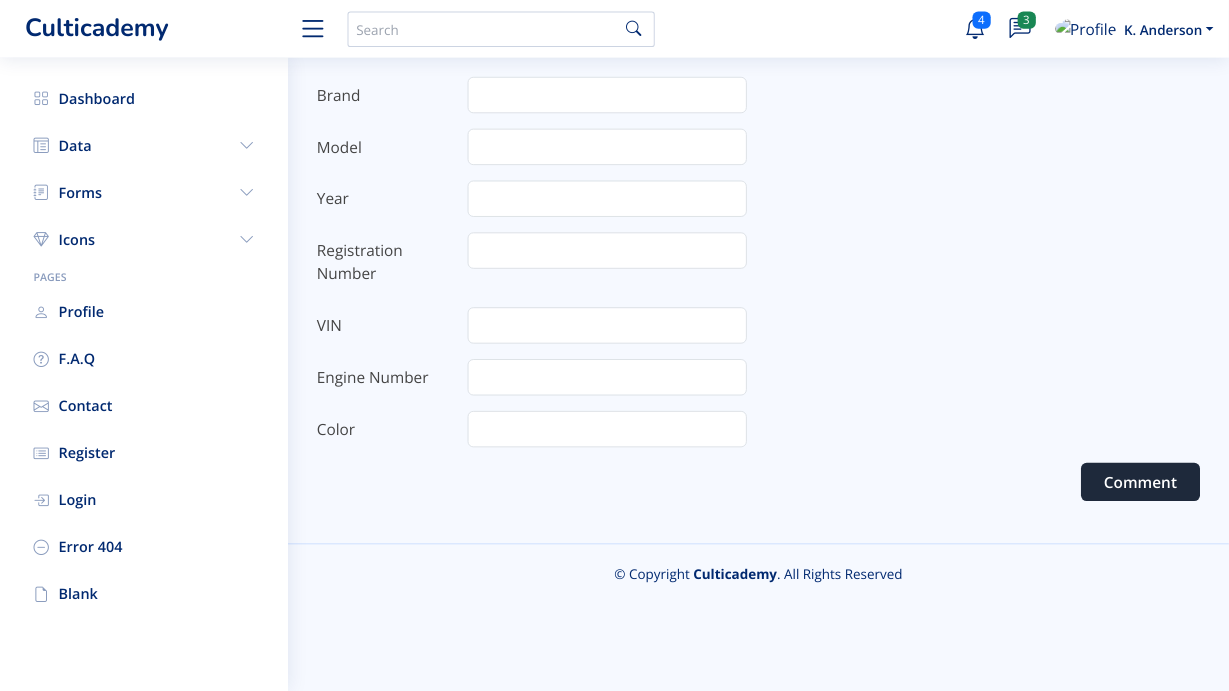
Repository: Jistoper/car_rental
Page: http://localhost/create
An editor plug-in stored every save of this project. The page is shown before and after the next save, followed by the edit.
The browser window is 1280 px wide. The pictures show the whole page, at 96% of full size.
The page is served by the project's Laravel application, run on PHP 8.4 with Laravel 9. Style sheets and scripts are compiled from the project's sources, by tool versions that may differ from the author's.

Above is the page before, as saved 2023-06-22 14:24:26.

After the next save:
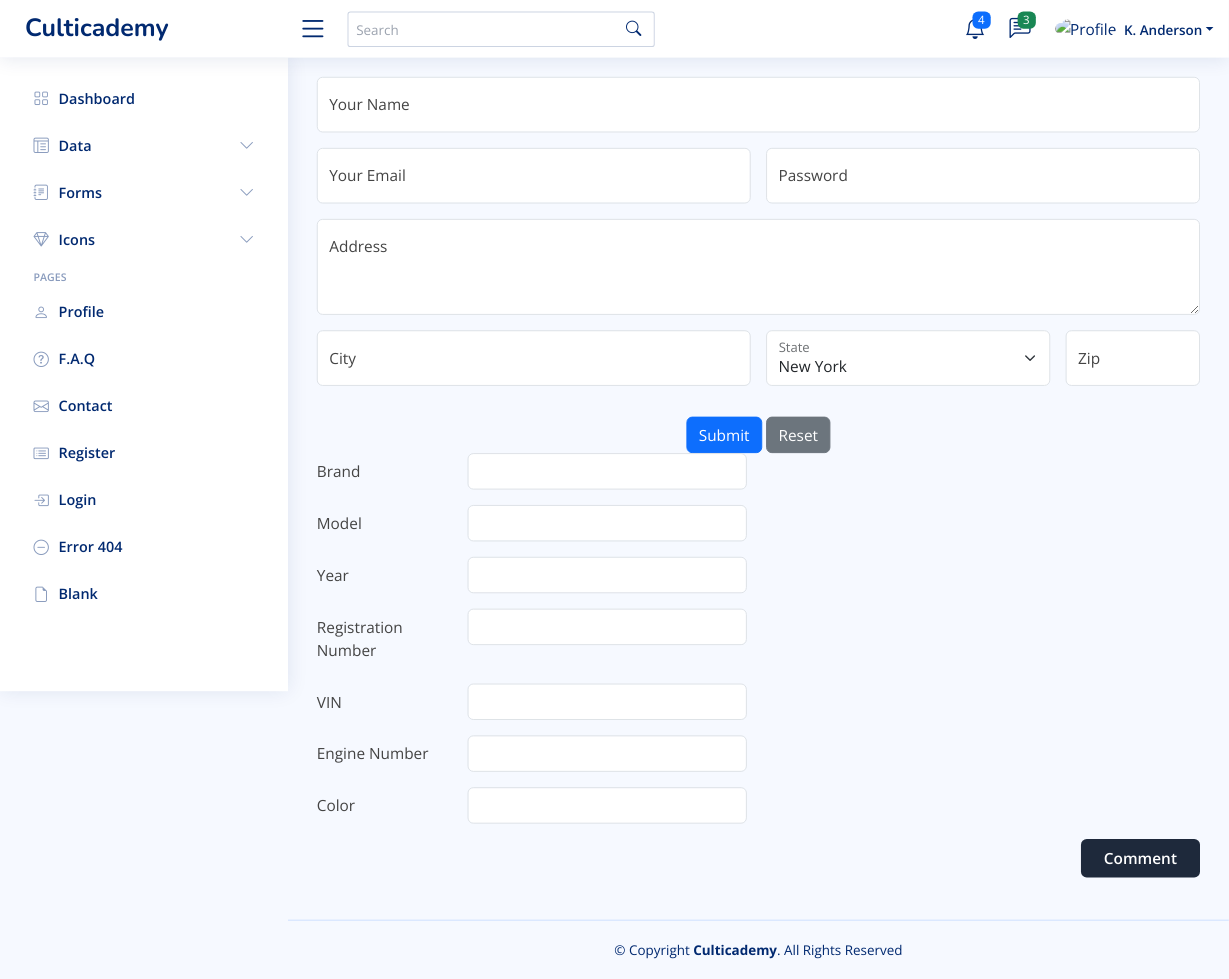
Saved 2 min 28 s later.
--- a/resources/views/backsite/content/car/createcar.blade.php
+++ b/resources/views/backsite/content/car/createcar.blade.php
@@ -3,6 +3,60 @@
 @section('content')
 
 <div>
+    <form class="row g-3">
+        <div class="col-md-12">
+          <div class="form-floating">
+            <input type="text" class="form-control" id="floatingName" placeholder="Your Name">
+            <label for="floatingName">Your Name</label>
+          </div>
+        </div>
+        <div class="col-md-6">
+          <div class="form-floating">
+            <input type="email" class="form-control" id="floatingEmail" placeholder="Your Email">
+            <label for="floatingEmail">Your Email</label>
+          </div>
+        </div>
+        <div class="col-md-6">
+          <div class="form-floating">
+            <input type="password" class="form-control" id="floatingPassword" placeholder="Password">
+            <label for="floatingPassword">Password</label>
+          </div>
+        </div>
+        <div class="col-12">
+          <div class="form-floating">
+            <textarea class="form-control" placeholder="Address" id="floatingTextarea" style="height: 100px;"></textarea>
+            <label for="floatingTextarea">Address</label>
+          </div>
+        </div>
+        <div class="col-md-6">
+          <div class="col-md-12">
+            <div class="form-floating">
+              <input type="text" class="form-control" id="floatingCity" placeholder="City">
+              <label for="floatingCity">City</label>
+            </div>
+          </div>
+        </div>
+        <div class="col-md-4">
+          <div class="form-floating mb-3">
+            <select class="form-select" id="floatingSelect" aria-label="State">
+              <option selected>New York</option>
+              <option value="1">Oregon</option>
+              <option value="2">DC</option>
+            </select>
+            <label for="floatingSelect">State</label>
+          </div>
+        </div>
+        <div class="col-md-2">
+          <div class="form-floating">
+            <input type="text" class="form-control" id="floatingZip" placeholder="Zip">
+            <label for="floatingZip">Zip</label>
+          </div>
+        </div>
+        <div class="text-center">
+          <button type="submit" class="btn btn-primary">Submit</button>
+          <button type="reset" class="btn btn-secondary">Reset</button>
+        </div>
+      </form><!-- End floating Labels Form -->
     <form action="{{ route('car.store') }}" method="POST" class="mb-4">
         @csrf
         <div class="row mb-3">
